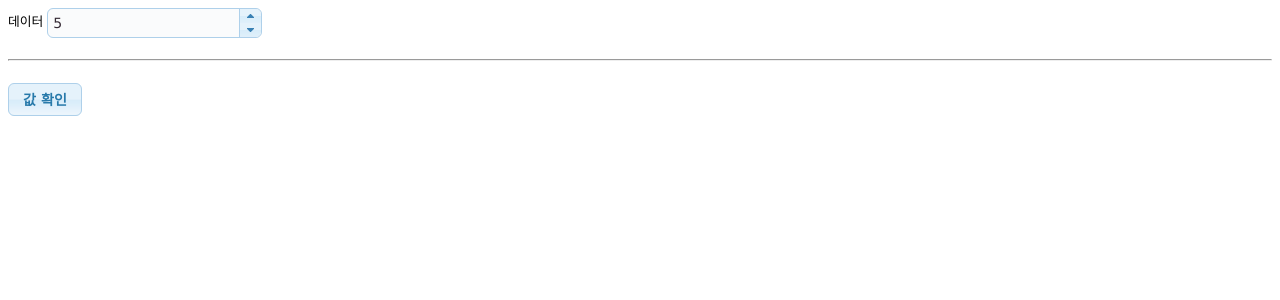
Repository: popconnect/jQuery
Page: http://localhost/jQueryUiEx02/SpinnerEx02.jsp
These files come from the project's save history. The page is drawn as it stood at one moment and after the next save; the edit follows.
The browser window is 1280 px wide. The pictures show the whole page.
The page is served by Tomcat 9.

Above is the page before, as saved 2023-05-17 03:21:07.

### jQueryUiEx02/src/main/webapp/SpinnerEx02.jsp
<%@ page language="java" contentType="text/html; charset=UTF-8"
	pageEncoding="UTF-8"%>
<!DOCTYPE html>
<html>
<head>
<meta charset="UTF-8">
<title>Insert title here</title>
<link rel="stylesheet" href="./css/cupertino/jquery-ui.css" />
<style type="text/css">
body {
	font-size: 80%;
}
</style>
<script type="text/javascript" src="./js/jquery-3.7.0.js"></script>
<script type="text/javascript" src="./js/jquery-ui.js"></script>
<script type="text/javascript">
	//버튼 이벤트
	$(document).ready(function() {
		$('#spinner').spinner({
			min: 5,
			max: 250,
			step: 5
		});

		$('#btn').button().on('click', function() {
			console.log( $('#spinner').spinner('value'));
		})
	});
</script>
</head>
<body>
	<div>
		<label for="spinner">데이터</label>
		<input type="text" id="spinner" value="5" readonly="readonly"/>
	</div>
	<br><hr><br>
	<button id="btn">값 확인</button>

</body>
</html>

Loaded but not shown: jQueryUiEx02/src/main/webapp/css/cupertino/jquery-ui.css (library); jQueryUiEx02/src/main/webapp/js/jquery-3.7.0.js (library); jQueryUiEx02/src/main/webapp/js/jquery-ui.js (library)

After the next save:
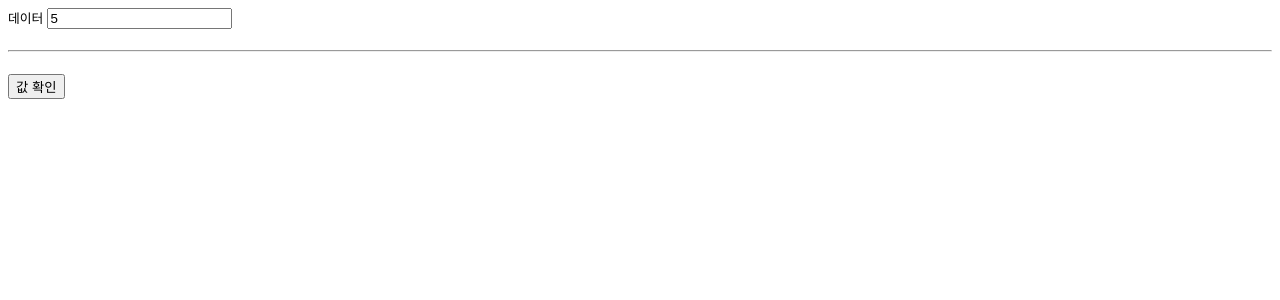
Console error: SyntaxError: Unexpected identifier 'spin'
Saved 66 s later.
--- a/jQueryUiEx02/src/main/webapp/SpinnerEx02.jsp
+++ b/jQueryUiEx02/src/main/webapp/SpinnerEx02.jsp
@@ -20,6 +20,9 @@
 			min: 5,
 			max: 250,
 			step: 5
+			spin: function() {
+				console.log( $(this).spinner('value'));
+			}
 		});
 
 		$('#btn').button().on('click', function() {

After the save that followed:
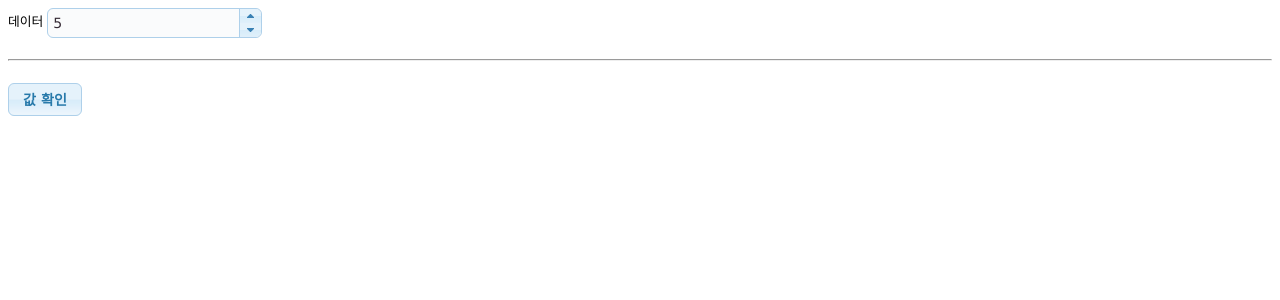
The error is gone.
Saved 12 s later.
--- a/jQueryUiEx02/src/main/webapp/SpinnerEx02.jsp
+++ b/jQueryUiEx02/src/main/webapp/SpinnerEx02.jsp
@@ -19,7 +19,7 @@
 		$('#spinner').spinner({
 			min: 5,
 			max: 250,
-			step: 5
+			step: 5,
 			spin: function() {
 				console.log( $(this).spinner('value'));
 			}
